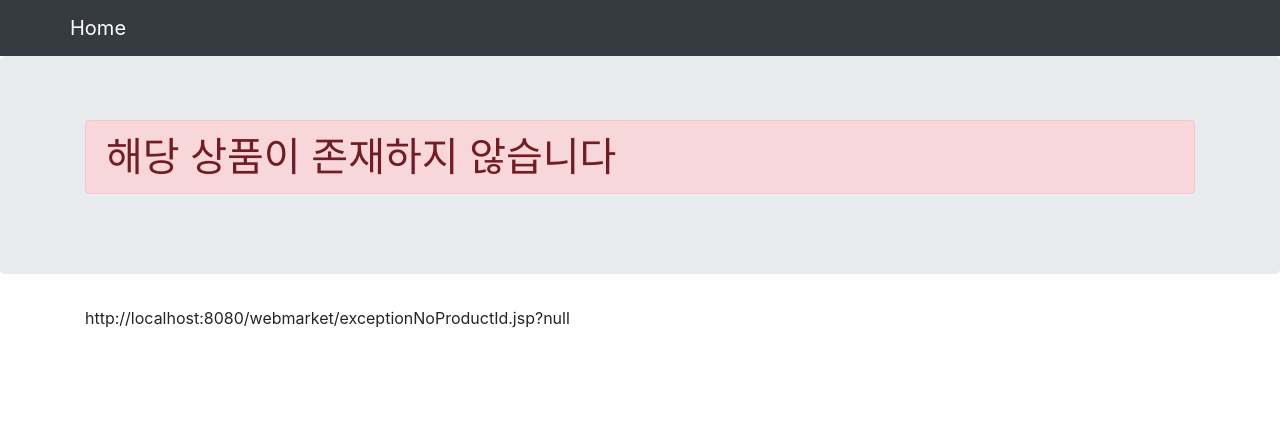
Repository: doyeong123/doyeonggit1
Page: http://localhost/webmarket/exceptionNoProductId.jsp
These files come from the project's save history. The page is drawn as it stood at one moment and after the next save; the edit follows.
The browser window is 1280 px wide. The pictures show the whole page.
The page is served by Tomcat 9.

Above is the page before, as saved 2023-12-13 04:33:08.

After the next save:
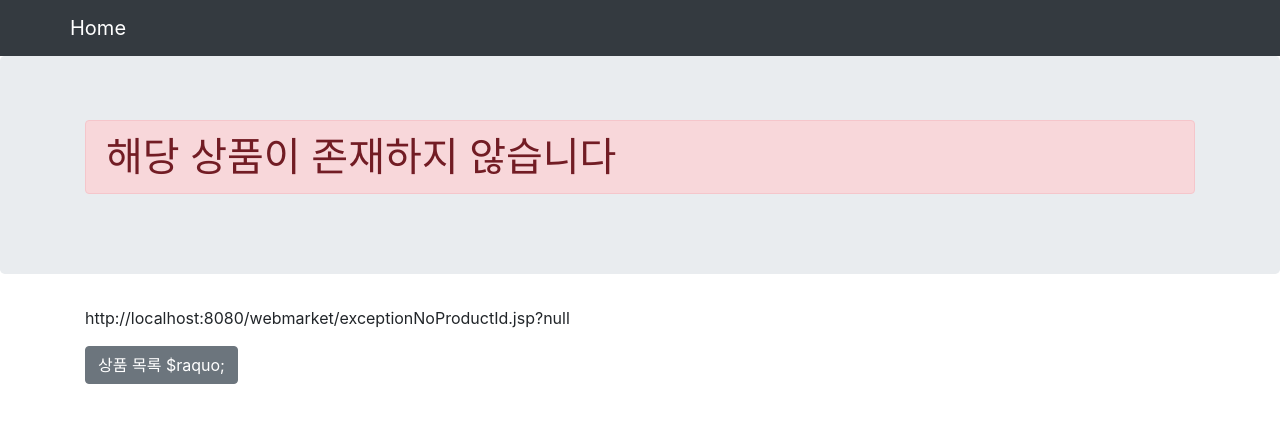
Saved 34 s later.
--- a/jsp/webmarket/src/main/webapp/exceptionNoProductId.jsp
+++ b/jsp/webmarket/src/main/webapp/exceptionNoProductId.jsp
@@ -16,7 +16,7 @@
 	</div>
 	<div class="container">
 		<p><%=request.getRequestURL() %>?<%=request.getQueryString() %>
-		<p>
+		<p> <a href="products.jsp" class="btn btn-secondary">상품 목록 $raquo;</a>
 	</div>
 
 </body>
